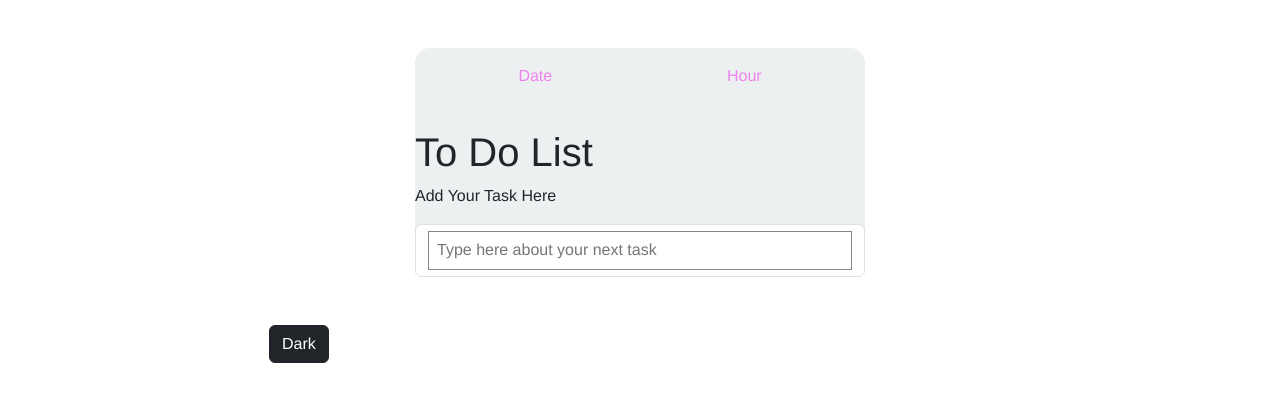
Repository: Passionblaz/TODO
Page: TODO/Untitled-1.html
An editor plug-in stored every save of this project. The page is shown before and after the next save, followed by the edit.
The browser window is 1280 px wide. The pictures show the whole page.

Above is the page before, as saved 2023-07-14 11:50:15.

After the next save:
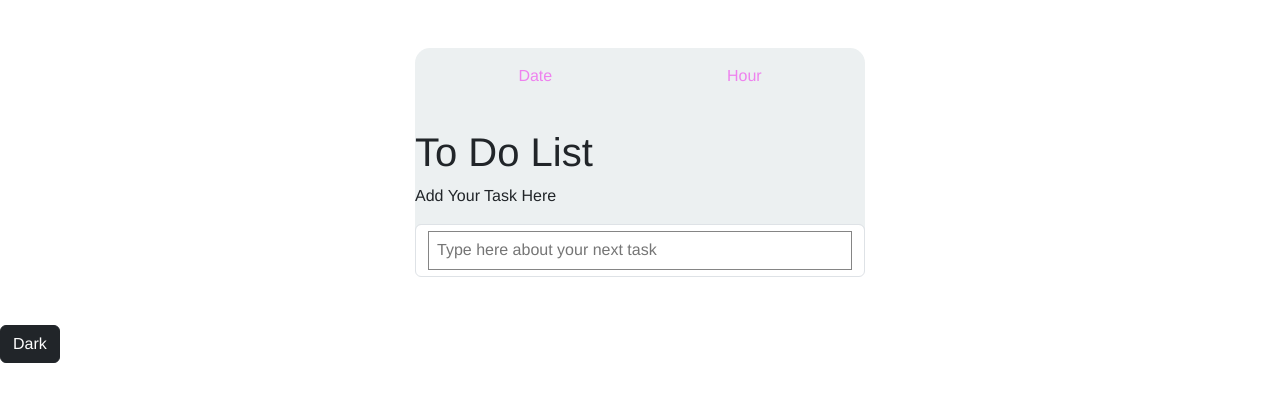
Saved 4 s later.
--- a/TODO/todostyles.css
+++ b/TODO/todostyles.css
@@ -61,7 +61,7 @@
   margin: 3rem auto;
   padding: 1.5.rem;
 }
-
+.todo-container
 
 
 

After the 4 saves that followed:
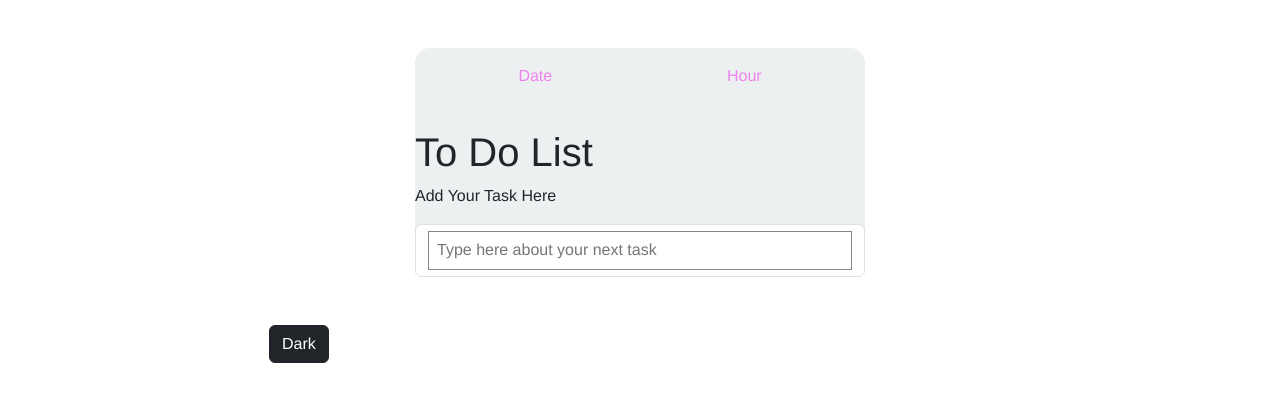
The 4 saves are shown as one change because they came seconds apart.
The last was saved 16 s later.
--- a/TODO/todostyles.css
+++ b/TODO/todostyles.css
@@ -61,7 +61,9 @@
   margin: 3rem auto;
   padding: 1.5.rem;
 }
-.todo-container
+.todo-container header {
+  padding: 0.1;
+}
 
 
 
